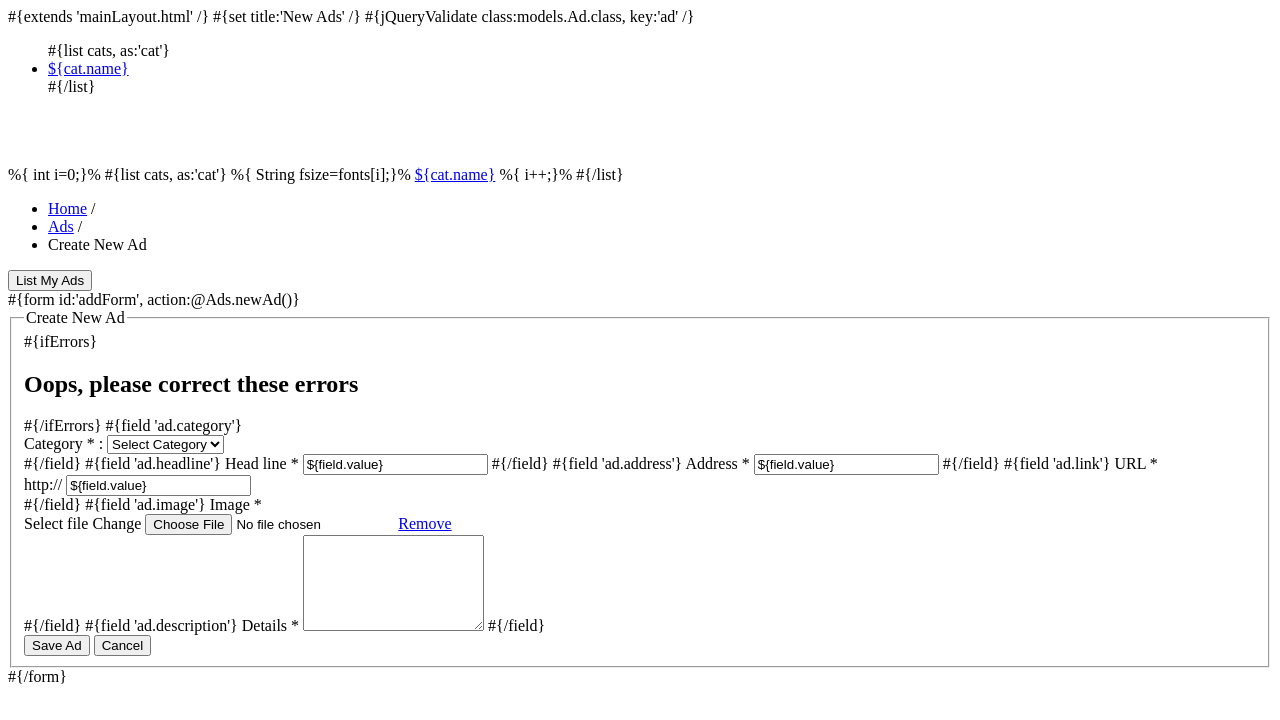
Repository: Maalejm/SEBA
Page: SlifeWebSite/app/views/Ads/newAd.html
These files come from the project's save history. The page is drawn as it stood at one moment and after the next save; the edit follows.
The browser window is 1280 px wide. The pictures show the whole page.

Above is the page before, as saved 2013-06-18 07:06:38.

### SlifeWebSite/app/views/Ads/newAd.html
#{extends 'mainLayout.html' /}
#{set title:'New Ads' /}


#{jQueryValidate class:models.Ad.class, key:'ad' /}

 <div class="container-fluid">
            <div class="row-fluid">
                <div class="span2">

                    <ul class="nav nav-list">
                        #{list cats, as:'cat'}
                         <li
                         %{ if(cat.id==1) { }%
                          class="active"
                         %{ } }%
                         ><a class="catNav" href="${cat.id}">${cat.name}</a></li>
                        #{/list}

                    </ul>

                    <div>
                    <br/>
                    <br/>
                    <br/>

                    %{ int i=0;}%
                    #{list cats, as:'cat'}
                       %{ String fsize=fonts[i];}%
                       <span style="font-size:${fsize}px;"><a class="catNav" href="${cat.id}">${cat.name}</a></span>
                      %{ i++;}%
                    #{/list}
                    </div>
                    <!--Sidebar content-->
                </div>
                <div class="span10">
                    <ul class="breadcrumb">
                        <li><a href="#">Home</a> <span class="divider">/</span></li>
                        <li><a href="#">Ads</a> <span class="divider">/</span></li>
                        <li class="active">Create New Ad</li>
                    </ul>

                    <div class="btn-group">
                        <button class="btn">List My Ads</button>
                    </div>




                    #{form id:'addForm', action:@Ads.newAd()}
                        <fieldset>
                            <legend>Create New Ad</legend>
                            #{ifErrors}
								<div class="error">
   									 <h2>Oops, please correct these errors</h2>
								</div>
							#{/ifErrors}

                             #{field 'ad.category'}
        						<div class="field">
            					<label for="${field.id}">Category * : </label>
            					<select id="${field.id}"  name="${field.name}" class="span5 ${field.errorClass}" >
                                <option value="0">Select Category</option>
                                #{list cats, as:'cat'}
                                <option value="${cat.id}">${cat.name}</option>
                    		    #{/list}
                          	  </select>

						 	 </div>
      					   #{/field}
							#{field 'ad.headline'}
                            <label for="${field.id}" >Head line *</label>
                             <input id="${field.id}" value="${field.value}"  name="${field.name}" class="span5 ${field.errorClass}" type="text" class="span5" placeholder="Descripe your ad">

                            #{/field}
                            #{field 'ad.address'}
                            <label for="${field.id}" >Address *</label>
                             <input id="${field.id}" value="${field.value}"  name="${field.name}" class="span5 ${field.errorClass}" type="text" class="span5" placeholder="Type an address here">

                            #{/field}

                            #{field 'ad.link'}
                            <label for="${field.id}" >URL *</label>
                             <div class=" input-prepend">
                                    <span class="add-on">http://</span>
                             <input id="${field.id}" value="${field.value}"  name="${field.name}" class="input_text ${field.errorClass}" type="text" class="span5" placeholder="Type an address here">
                             </div>

                            #{/field}


                            #{field 'ad.image'}
                            <label for="${field.id}" >Image *</label>

                              <div class="fileupload fileupload-new" data-provides="fileupload">
  								<div class="input-append">
   								 <div class="uneditable-input span3"><i class="icon-file fileupload-exists">
   								 </i> <span class="fileupload-preview"></span></div><span class="btn btn-file">
   								 <span class="fileupload-new">Select file</span>
   								 <span class="fileupload-exists">Change</span>
   								 <input type="file" id="${field.id}" value="${field.value}"  name="${field.name}" class="${field.errorClass}" /></span><a href="#" class="btn fileupload-exists" data-dismiss="fileupload">Remove</a>


  								</div>

							</div>


                            #{/field}


                             #{field 'ad.description'}
                            <label for="${field.id}" >Details *</label>
                                <textarea rows="6"  id="${field.id}" value="${field.value}"  name="${field.name}" class="input_textarea ${field.errorClass}"></textarea>

                            #{/field}

                                  <br/>



                                  <div class="form-actions">
                                      <button type="submit" class="btn btn-primary">Save Ad</button>
                                      <button type="button" class="btn">Cancel</button>
                                  </div>
                        </fieldset>
                    #{/form}



                    <!--Body content-->
                </div>
            </div>
        </div>

After the next save:
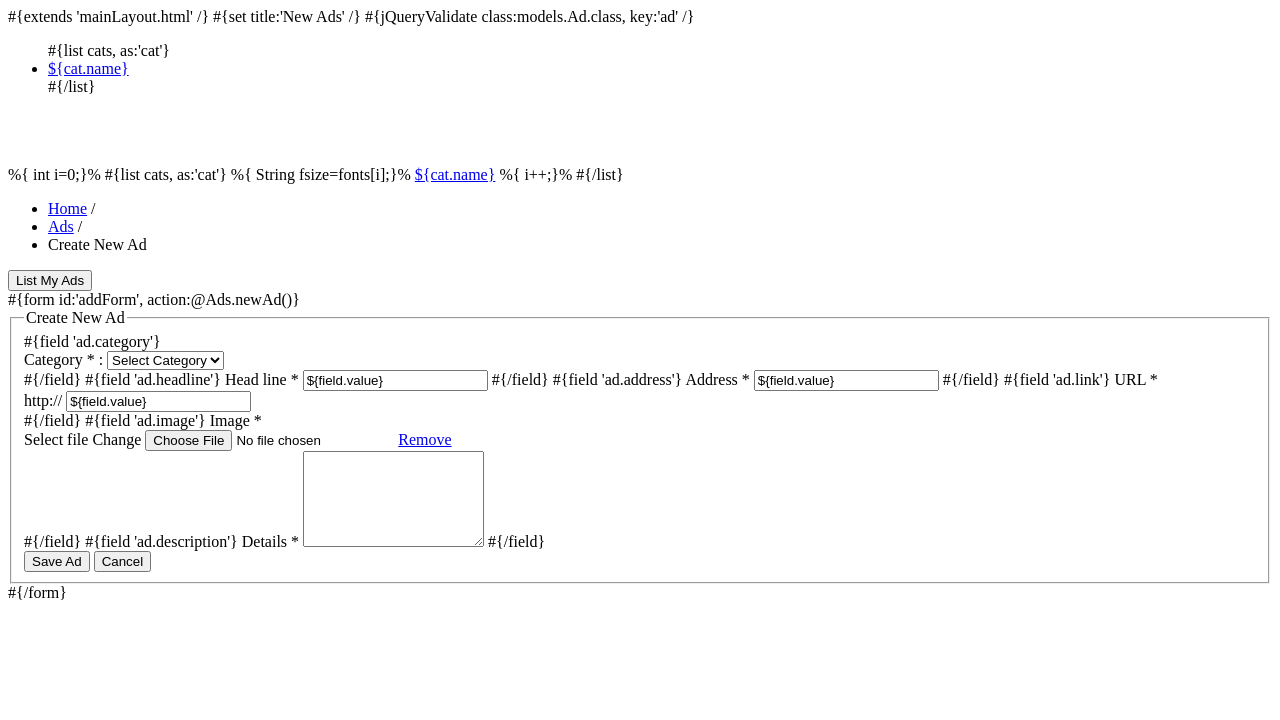
Saved 2 min 35 s later.
--- a/SlifeWebSite/app/views/Ads/newAd.html
+++ b/SlifeWebSite/app/views/Ads/newAd.html
@@ -50,12 +50,12 @@
                     #{form id:'addForm', action:@Ads.newAd()}
                         <fieldset>
                             <legend>Create New Ad</legend>
-                            #{ifErrors}
+                            <!-- #{ifErrors}
 								<div class="error">
    									 <h2>Oops, please correct these errors</h2>
 								</div>
 							#{/ifErrors}
-
+ -->
                              #{field 'ad.category'}
         						<div class="field">
             					<label for="${field.id}">Category * : </label>
